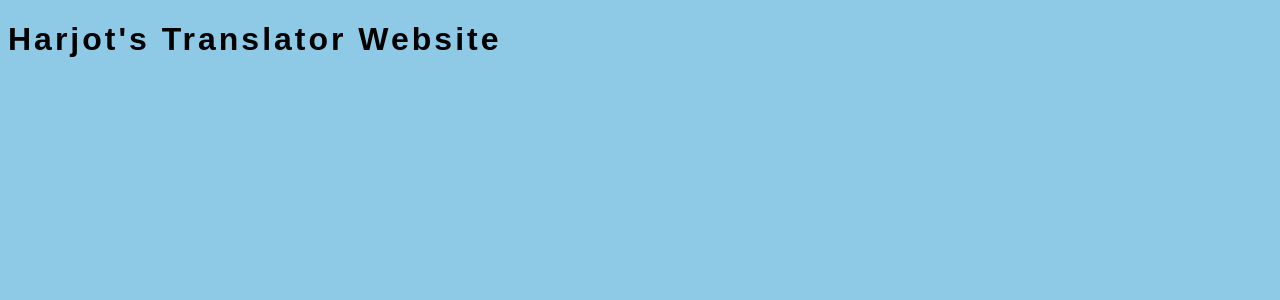
Repository: Harjot00/Pythonpractice
Page: Translator/homepage.html
These files come from the project's save history. The page is drawn as it stood at one moment and after the next save; the edit follows.
The browser window is 1280 px wide. The pictures show the whole page.
Some web fonts or font styles are not loaded; a fallback is used.

Above is the page before, as saved 2022-03-06 18:03:33.

After the next save:
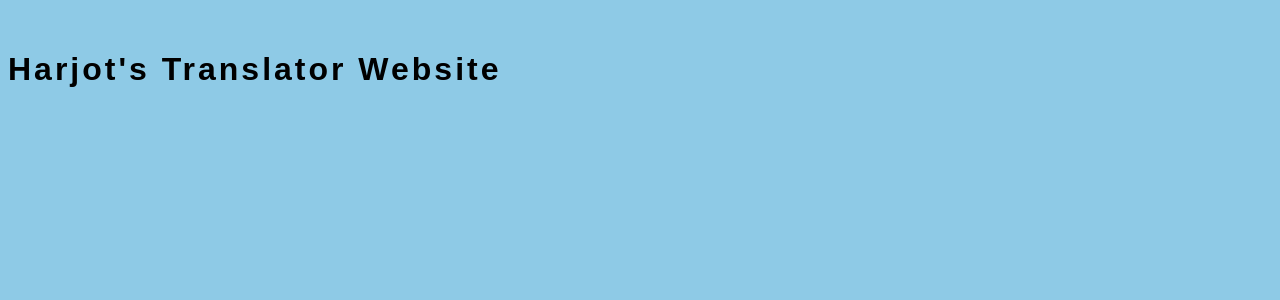
Saved 2 min 21 s later.
--- a/Translator/styles.css
+++ b/Translator/styles.css
@@ -1,3 +1,6 @@
 body{
     background-color: #8ECAE6;
 }
+h1{
+    padding:30px 0px 40px 0px;
+}
